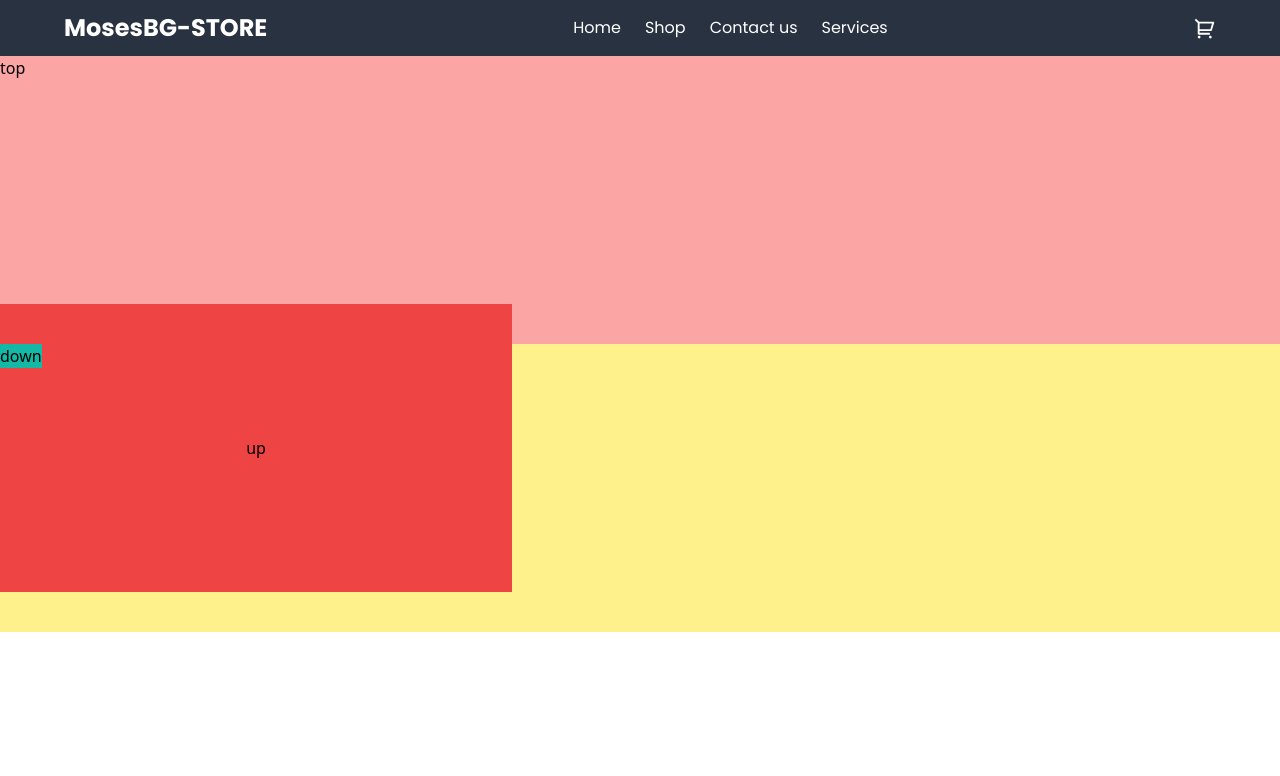
Repository: moshebengan/cart
Page: /fake-store/contact-us
An editor plug-in stored every save of this project. The page is shown before and after the next save, followed by the edit.
The browser window is 1280 px wide. The pictures show the whole page.
The project was rebuilt for these pictures with package versions that can differ from the ones it lists, and the page was loaded fresh each time. Also part of the build but not shown: vite.config.js, src/components/Error.jsx, src/utils/data.js, src/utils/apiCalls.js, src/components/Loading.jsx, src/components/Products.jsx, src/components/Footer.jsx, src/pages/HomePage.jsx and 5 more.

Above is the page before, as saved 2024-09-15 15:34:01.

### index.html
<!DOCTYPE html>
<html lang="en">
  <head>
    <meta charset="UTF-8" />
    <link rel="icon" type="image/svg+xml" href="/vite.svg" />
    <meta name="viewport" content="width=device-width, initial-scale=1.0" />
    <link rel="preconnect" href="https://fonts.googleapis.com" />
    <link rel="preconnect" href="https://fonts.gstatic.com" crossorigin />
    <link
      href="https://fonts.googleapis.com/css2?family=Poppins:ital,wght@0,100;0,200;0,300;0,400;0,500;0,600;0,700;0,800;0,900;1,100;1,200;1,300;1,400;1,500;1,600;1,700;1,800;1,900&display=swap"
      rel="stylesheet"
    />
    <title>MosesBG-SHOP</title>
  </head>
  <body>
    <div id="root"></div>
    <script type="module" src="/src/main.jsx"></script>
  </body>
</html>

### src/main.jsx
import { StrictMode } from 'react'
import { createRoot } from 'react-dom/client'

import './index.css'
import { createBrowserRouter, RouterProvider } from 'react-router-dom'
import routes from './routes.jsx'

const router = createBrowserRouter(routes)

createRoot(document.getElementById('root')).render(
  <StrictMode>
    <RouterProvider router={router} />
  </StrictMode>,
)

### src/index.css
@tailwind base;
@tailwind components;
@tailwind utilities;

body,
html {
  height: 100%;
  width: 100%;
}

.container {
  width: 90%;
  margin: auto;
}

### src/routes.jsx
import Error from "./components/Error";
import ContactUs from "./pages/ContactUs";
import HomePage from "./pages/HomePage";
import MyCart from "./pages/MyCart";
import NavigationBar from "./pages/NavigationBar";
import ShopPage from "./pages/ShopPage";


const routes = [
	{
		path: '/fake-store',
		element: <NavigationBar />,
		children: [
			{
				path:"home",
				element:<HomePage/>,
				errorElement: <Error/>
			},
			{ 	path: 'shop',
				 	element: <ShopPage />,
					errorElement: <Error/>

			},
			{
				path: 'cart',
				element: <MyCart />,
				errorElement: <Error/>
			},
			{
				path:'contact-us',
				element: <ContactUs/>,
				errorElement: <Error />
			}
		]

	},

];

export default routes

### src/pages/ContactUs.jsx


const ContactUs = () => {
  return (
    <div className="w-full h-screen flex flex-col">
      <div className="w-full h-[40%] bg-red-300">top</div>
      <div className="w-full h-[40%] bg-yellow-200 flex flex-row relative">
        <div className="absolute w-2/5 h-full bg-red-500 -top-10 flex items-center justify-center" >up</div>
        <div className="absolute bg-teal-500">down</div>
        {/* <div className="absolute -top-10 left-10 bg-yellow-300 flex-initial w-64">left</div>
        <div className="absolute -top-10 right-10 bg-pink-400 flex-initial w-32 ">right</div> */}
      </div>
      <div className="bg-white w-full h-[20%]"></div>
    </div>
  )
}

export default ContactUs

### src/pages/NavigationBar.jsx
import { useState } from "react";
import { Link, Outlet } from "react-router-dom";
import { IoMdMenu, IoMdClose } from "react-icons/io";
import Cart from "../components/Cart";

const NavigationBar = () => {
  const [isOpen, setIsOpen] = useState(false);
  const [cartItems, setCartItems] = useState(0);

  const openNav = () => {
    setIsOpen(!isOpen);
  };

  const resetNav = () => {
    if (isOpen) setIsOpen(!isOpen);
  };

  return (
    <>
      <div className="w-full bg-dark-blue font-poppins">
        <div className="container">
          <nav className="py-3 flex justify-between items-center text-white">
            <h1 className="font-bold text-2xl">MosesBG-STORE</h1>
            <div className="hidden md:flex gap-6">
              <Link to={"/fake-store/home"}>Home</Link>
              <Link to={"/fake-store/shop"}>Shop</Link>
              <Link to={"/fake-store/contact-us"}>Contact us</Link>
              <Link>Services</Link>
            </div>
            <div className="flex flex-row items-center gap-5">
              <Cart resetNav={resetNav} items={cartItems} />
              <div className="z-50 md:hidden">
                <button className="flex items-center">
                  {isOpen ? (
                    <IoMdClose className="p1" onClick={openNav} />
                  ) : (
                    <IoMdMenu className="p1" onClick={openNav} />
                  )}
                </button>
              </div>
            </div>
          </nav>
          <div
            className={`container text-dark-blue ${
              isOpen ? "block" : "hidden"
            } `}
          >
            <div className="z-40 fixed top-0 left-0 bottom-0 w-full bg-dark-blu opacity-35"></div>
            <nav className="z-50 fixed top-0 left-0 bottom-0 flex flex-col gap-10 w-5/6 max-w-sm py-6 px-6 bg-[#F8F8F8] overflow-y-auto">
              <div>
                <h1 className="font-bold text-3xl">MosesBG-SHOP</h1>
                <hr className="h-px mt-3 bg-gray-200 border-0" />
              </div>
              <div className="flex flex-col gap-5">
                <Link
                  to={"/fake-store"}
                  className="nav-item-hover"
                  onClick={resetNav}
                >
                  Home
                </Link>
                <Link
                  to={"/fake-store/shop"}
                  className="nav-item-hover"
                  onClick={resetNav}
                >
                  Shop
                </Link>
                <Link className="nav-item-hover">Contact Us</Link>
                <Link className="nav-item-hover">Services</Link>
                <hr className="h-px mt-3 bg-gray-200 border-0" />
              </div>
            </nav>
          </div>
        </div>
      </div>
      <div className="h-screen w-auto">
        <Outlet context={[cartItems, setCartItems]} />
      </div>
    </>
  );
};

export default NavigationBar;

### src/components/Cart.jsx
import { RiShoppingCart2Line } from "react-icons/ri";
import { Link } from "react-router-dom";

const Cart = ({ resetNav, items }) => {
  return (
    <Link to={"/fake-store/cart"} onClick={resetNav}>
      <div className="relative">
        <RiShoppingCart2Line size={"1.4em"} />
        <span className="absolute text-xs bg-orange-500 p-0.3 px-1 text-red-50 rounded-full -top-1.5 left-4">
          {items > 0 ? items : ""}
        </span>
      </div>
    </Link>
  );
};

export default Cart;

### tailwind.config.js
/** @type {import('tailwindcss').Config} */
export default {
  content: [
    "./index.html",
    "./src/**/*.{js,ts,jsx,tsx}",
  ],
  theme: {
    fontFamily: {
      poppins: ["Poppins", "sans-serif"]
    },
    extend: {
      backgroundImage: {
        "homepage-image": "url('/public/bghomepage.jpg')",
        "homepage-darker": "url('/public/darkerbg.jpg')"
      },
      colors: {
      "dark-blue": "#293241"
    },
    keyframes: {
      'fade-in-out': {
        '0%': { opacity: '0', transform: 'scale(0.95)' },
        '100%': { opacity: '1', transform: 'scale(1)' },
      },
    },
    animation: {
      'fade-in-out': 'fade-in-out 0.5s ease-in-out', // Customize duration and easing
    },
  }
  },
  plugins: [],
}

After the next save:
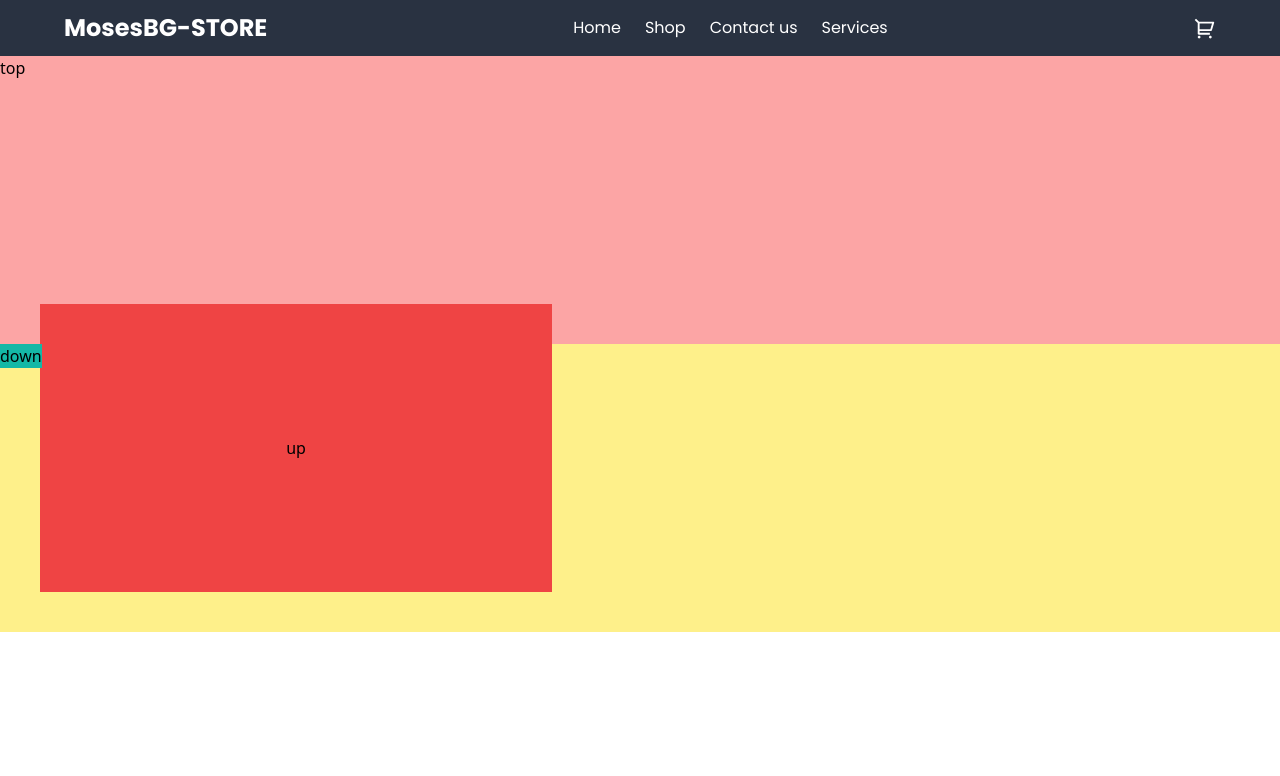
Saved 19 s later.
--- a/src/pages/ContactUs.jsx
+++ b/src/pages/ContactUs.jsx
@@ -5,7 +5,7 @@ const ContactUs = () => {
     <div className="w-full h-screen flex flex-col">
       <div className="w-full h-[40%] bg-red-300">top</div>
       <div className="w-full h-[40%] bg-yellow-200 flex flex-row relative">
-        <div className="absolute w-2/5 h-full bg-red-500 -top-10 flex items-center justify-center" >up</div>
+        <div className="absolute ml-10 w-2/5 h-full bg-red-500 -top-10 flex items-center justify-center" >up</div>
         <div className="absolute bg-teal-500">down</div>
         {/* <div className="absolute -top-10 left-10 bg-yellow-300 flex-initial w-64">left</div>
         <div className="absolute -top-10 right-10 bg-pink-400 flex-initial w-32 ">right</div> */}
